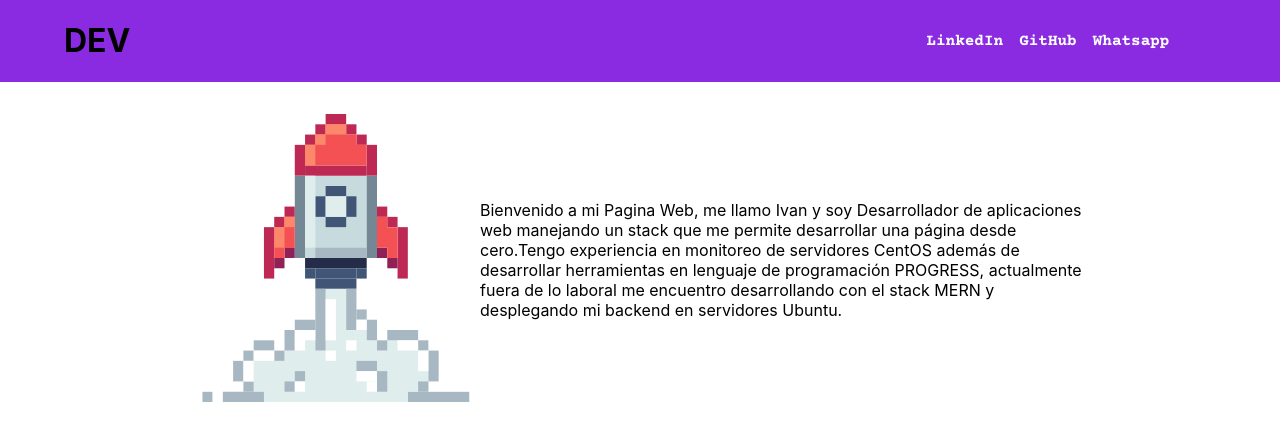
Repository: FxIvan/myweb
Page: /
These files come from the project's save history. The page is drawn as it stood at one moment and after the next save; the edit follows.
The browser window is 1280 px wide. The pictures show the whole page.
The project was rebuilt for these pictures with package versions that can differ from the ones it lists, and the page was loaded fresh each time.

Above is the page before, as saved 2022-11-02 11:46:44.

After the next save:
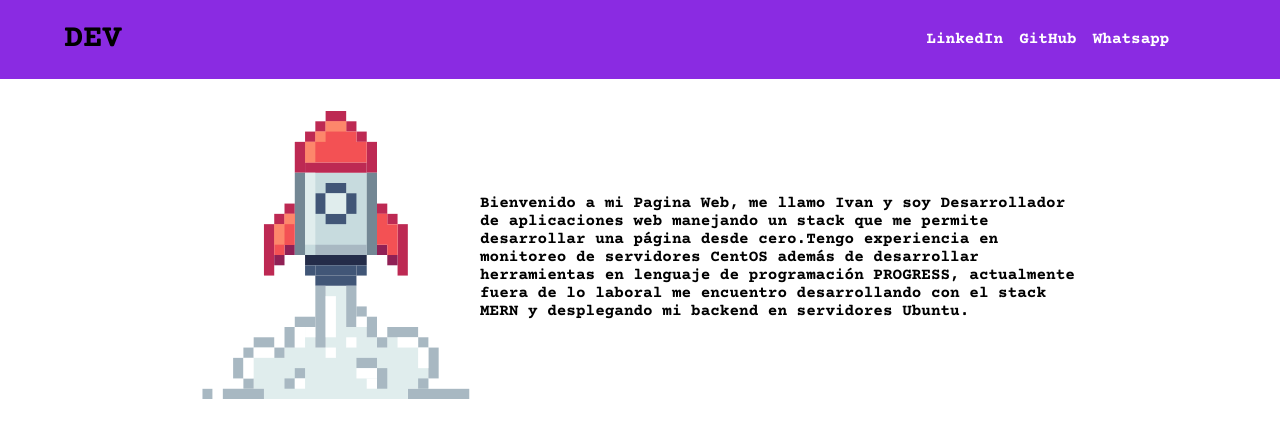
Saved 53 s later.
--- a/src/component/css/header.css
+++ b/src/component/css/header.css
@@ -1,3 +1,7 @@
+*{
+    font-family: 'Courier Prime', monospace;
+}
+
 header{
     background-color: blueviolet;
 }
